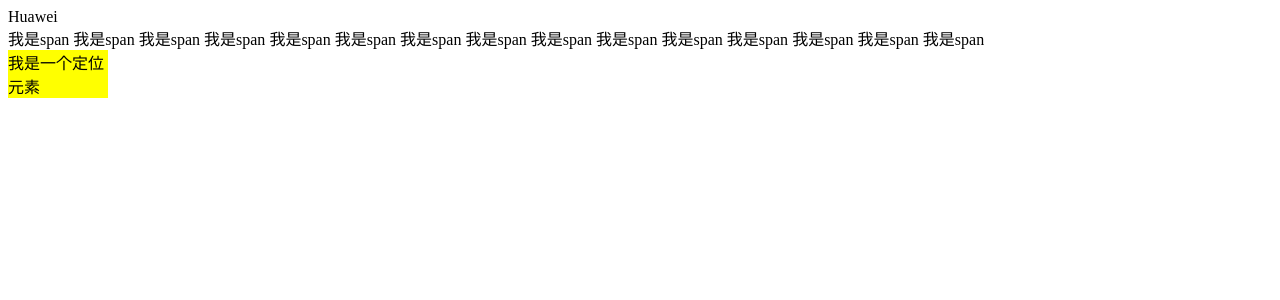
Repository: nanvon/front-end_byhuawei
Page: CSS层级.html
An editor plug-in stored every save of this project. The page is shown before and after the next save, followed by the edit.
The browser window is 1280 px wide. The pictures show the whole page.

Above is the page before, as saved 2020-12-10 20:10:36.

### CSS层级.html
<!DOCTYPE html>
<html lang="en">
<head>
    <meta charset="UTF-8">
    <meta name="viewport" content="width=device-width, initial-scale=1.0">
    <title>Document</title>
    <style>
        .pos1{
            position: fixed;
            background: yellow;
            width: 100px;
        }
    </style>
</head>
<body>
    <div>Huawei</div>
    <span>我是span</span>
    <span>我是span</span>
    <span>我是span</span>
    <span>我是span</span>
    <span>我是span</span>
    <span>我是span</span>
    <div class="pos1">我是一个定位元素</div>
    <span>我是span</span>
    <span>我是span</span>
    <span>我是span</span>
    <span>我是span</span>
    <span>我是span</span>
    <span>我是span</span>
    <span>我是span</span>
    <span>我是span</span>
    <span>我是span</span>
</body>
</html>

After the next save:
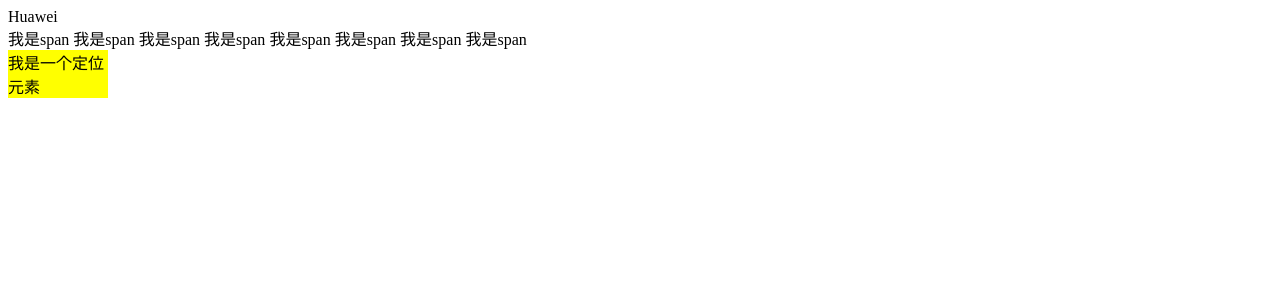
Saved 27 s later.
--- a/CSS层级.html
+++ b/CSS层级.html
@@ -23,12 +23,6 @@
     <div class="pos1">我是一个定位元素</div>
     <span>我是span</span>
     <span>我是span</span>
-    <span>我是span</span>
-    <span>我是span</span>
-    <span>我是span</span>
-    <span>我是span</span>
-    <span>我是span</span>
-    <span>我是span</span>
-    <span>我是span</span>
+
 </body>
 </html>
